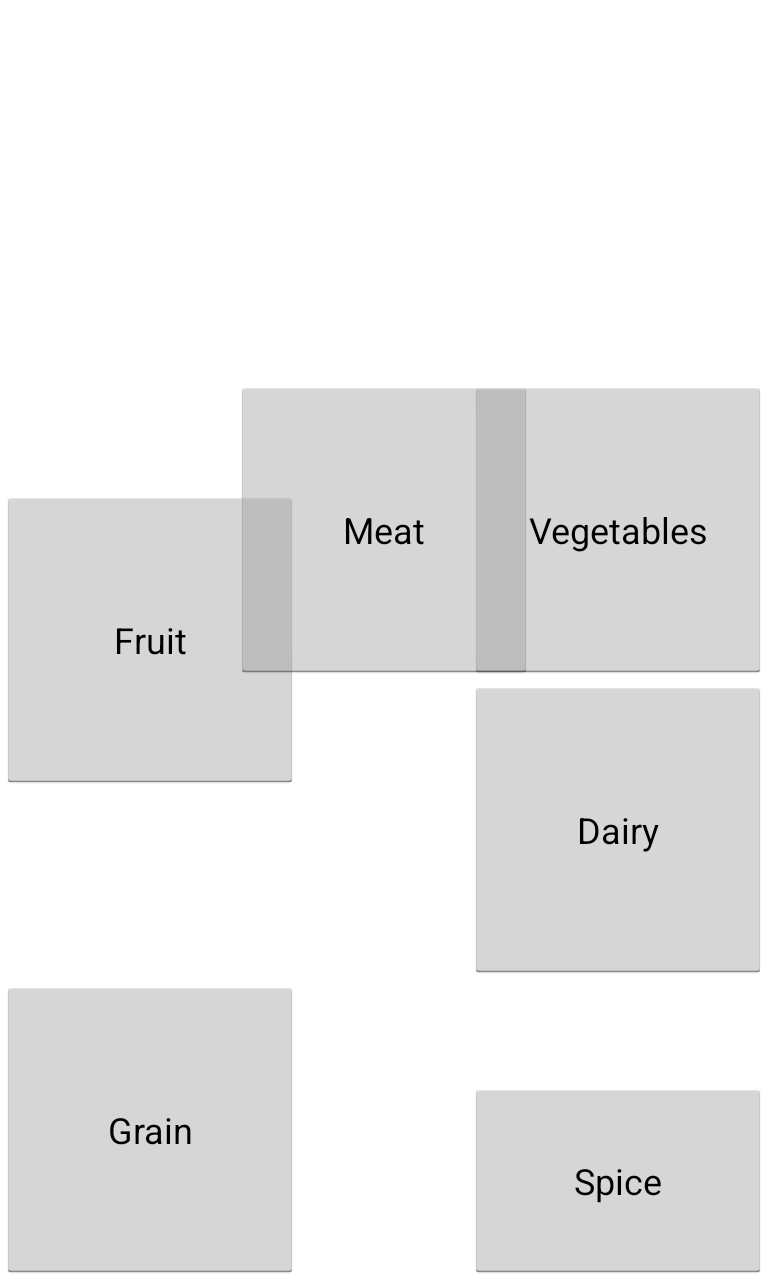
Repository: jmwood22/Boyardroid
Layout: Boyardroid/res/layout/activity_quick_recipe.xml
An editor plug-in stored every save of this project. The layout is shown before and after the next save, followed by the edit.
It is drawn on a 768 x 1280 px phone screen (xhdpi) without system bars, with theme AppTheme; the app's code is not run.

Above is the layout before, as saved 2013-02-22 01:57:58.

### Boyardroid/res/layout/activity_quick_recipe.xml
<RelativeLayout xmlns:android="http://schemas.android.com/apk/res/android"
    xmlns:tools="http://schemas.android.com/tools"
    android:layout_width="match_parent"
    android:layout_height="match_parent"
    tools:context=".QuickRecipe" >

    <Button
        android:id="@+id/spices"
        android:layout_width="150dp"
        android:layout_height="150dp"
        android:layout_alignBaseline="@+id/grains"
        android:layout_alignBottom="@+id/grains"
        android:layout_alignLeft="@+id/vegetables"
        android:text="@string/spice" />

    <Button
        android:id="@+id/dairy"
        android:layout_width="150dp"
        android:layout_height="150dp"
        android:layout_above="@+id/grains"
        android:layout_alignLeft="@+id/spices"
        android:text="@string/dairy" />

    <Button
        android:id="@+id/vegetables"
        android:layout_width="150dp"
        android:layout_height="150dp"
        android:layout_above="@+id/dairy"
        android:layout_alignParentRight="true"
        android:text="@string/vegetable" />

    <Button
        android:id="@+id/fruit"
        android:layout_width="150dp"
        android:layout_height="150dp"
        android:layout_alignParentLeft="true"
        android:layout_centerVertical="true"
        android:text="@string/title_activity_fruit" />

    <Button
        android:id="@+id/grains"
        android:layout_width="150dp"
        android:layout_height="150dp"
        android:layout_alignParentBottom="true"
        android:layout_alignParentLeft="true"
        android:text="@string/grain" />

    <Button
        android:id="@+id/meat"
        android:layout_width="150dp"
        android:layout_height="150dp"
        android:layout_above="@+id/dairy"
        android:layout_centerHorizontal="true"
        android:text="@string/meat" />

</RelativeLayout>

### Boyardroid/res/values/strings.xml
<?xml version="1.0" encoding="utf-8"?>
<resources>

    <string name="app_name">BoyarDroid</string>
    <string name="quick_recipe">Quick Recipe</string>
    <string name="menu_settings">Settings</string>
    <string name="title_activity_quck_recipe">QuckRecipe</string>
    <string name="title_activity_quick_recipe">QuickRecipe</string>
    <string name="find_recipe">Find Recipes</string>
    <string name="hello_world">Hello world!</string>
    <string name="title_activity_home_screen">HomeScreen</string>
    <string name="title_activity_fridge">Fridge</string>
    <string name="fridge_button">Fridge</string>
    <string name="dinner_button">Dinner</string>
    <string name="breakfast_button">Breakfast</string>
    <string name="lunch_button">Lunch</string>
    <string name="user_button">User text</string>
    <string name="addIngredient_button">Add Ingredient</string>
    <string name="removeIngredient_button">Remove Ingredient</string>
    <string name="favoriteRecipe_button">Favorite Recipes</string>
    <string name="title_activity_fruit">Fruit</string>
    <string name="apple">Apple</string>
    <string name="banana">Banana</string>
    <string name="lemon">Lemon</string>
    <string name="lime">Lime</string>
    <string name="blueberry">Blueberry</string>
    <string name="grape">Grape</string>
    <string name="orange">Orange</string>
    <string name="meat">Meat</string>
    <string name="vegetable">Vegetables</string>
    <string name="dairy">Dairy</string>
    <string name="grain">Grain</string>
    <string name="spice">Spice</string>


</resources>

Loaded but not shown: Boyardroid/res/values/styles.xml (common file); Boyardroid/res/values-v11/styles.xml (common file); Boyardroid/res/values-v14/styles.xml (common file)

After the next save:
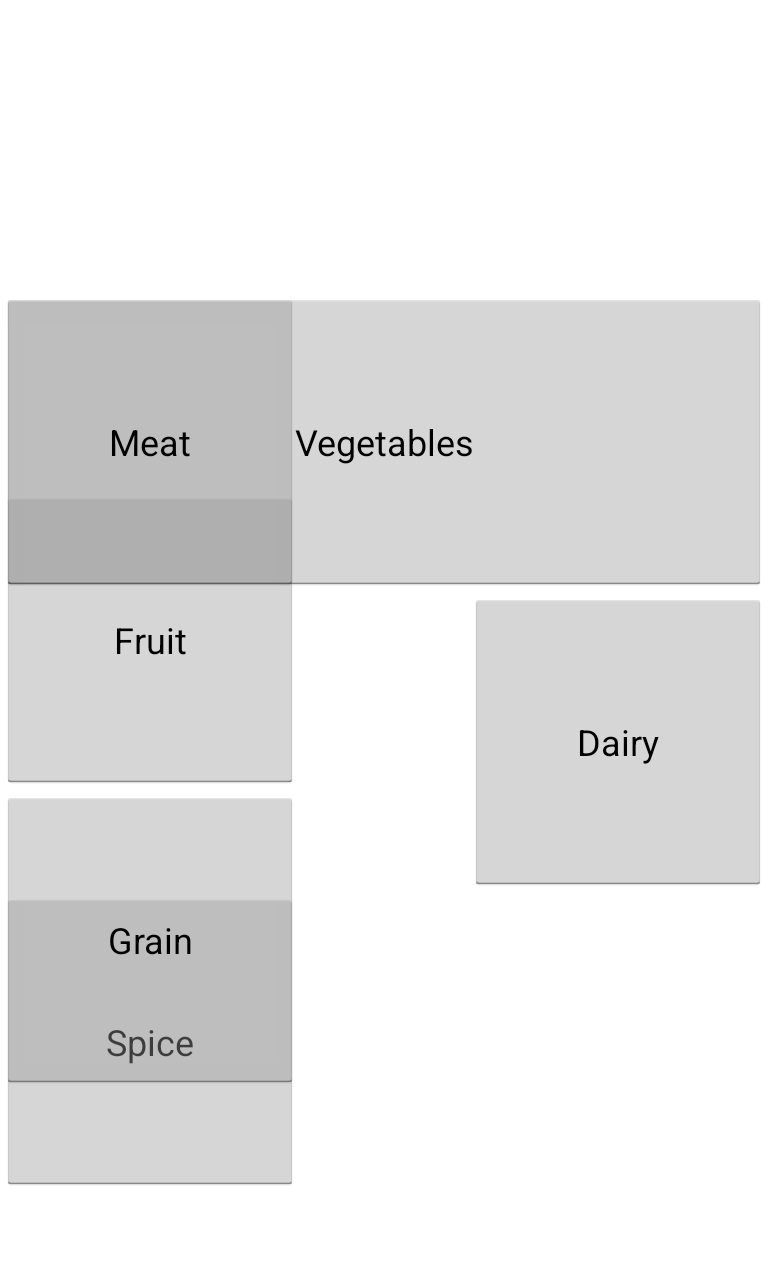
Saved 3 min 24 s later.
--- a/Boyardroid/res/layout/activity_quick_recipe.xml
+++ b/Boyardroid/res/layout/activity_quick_recipe.xml
@@ -14,16 +14,8 @@
         android:text="@string/spice" />
 
     <Button
-        android:id="@+id/dairy"
-        android:layout_width="150dp"
-        android:layout_height="150dp"
-        android:layout_above="@+id/grains"
-        android:layout_alignLeft="@+id/spices"
-        android:text="@string/dairy" />
-
-    <Button
         android:id="@+id/vegetables"
-        android:layout_width="150dp"
+        android:layout_width="fill_parent"
         android:layout_height="150dp"
         android:layout_above="@+id/dairy"
         android:layout_alignParentRight="true"
@@ -38,19 +30,28 @@
         android:text="@string/title_activity_fruit" />
 
     <Button
-        android:id="@+id/grains"
-        android:layout_width="150dp"
-        android:layout_height="150dp"
-        android:layout_alignParentBottom="true"
-        android:layout_alignParentLeft="true"
-        android:text="@string/grain" />
-
-    <Button
         android:id="@+id/meat"
         android:layout_width="150dp"
         android:layout_height="150dp"
         android:layout_above="@+id/dairy"
-        android:layout_centerHorizontal="true"
+        android:layout_alignParentLeft="true"
         android:text="@string/meat" />
 
+    <Button
+        android:id="@+id/dairy"
+        android:layout_width="150dp"
+        android:layout_height="150dp"
+        android:layout_alignBaseline="@+id/fruit"
+        android:layout_alignBottom="@+id/fruit"
+        android:layout_alignParentRight="true"
+        android:text="@string/dairy" />
+
+    <Button
+        android:id="@+id/grains"
+        android:layout_width="150dp"
+        android:layout_height="150dp"
+        android:layout_alignParentLeft="true"
+        android:layout_below="@+id/fruit"
+        android:text="@string/grain" />
+
 </RelativeLayout>
